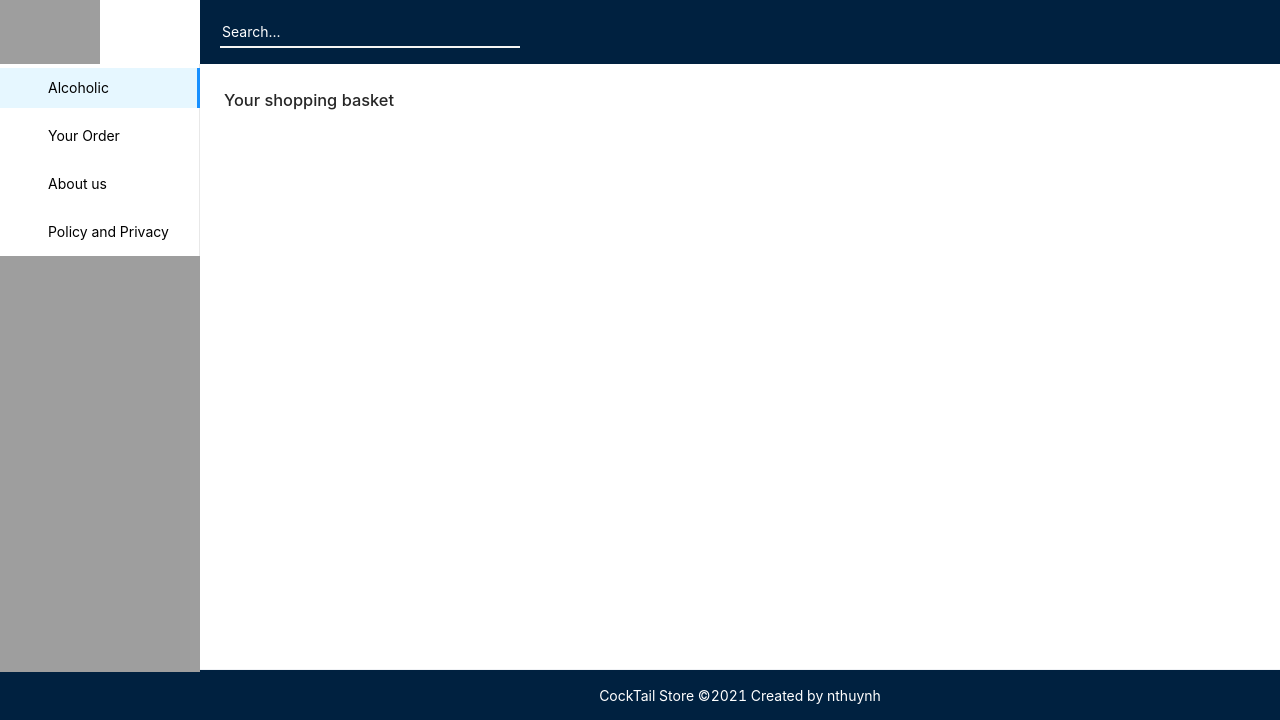
Repository: huynhnt1406/cocktail
Page: /yourorder
The author's editor kept a copy of each file at every save. The page is drawn from the files as they stood at one save, then again after the next save.
The browser window is 1280 px wide. The pictures show the whole page.
Pictures or frames that could not be fetched are drawn as grey boxes. The project was rebuilt for these pictures with package versions that can differ from the ones it lists, and the page was loaded fresh each time. Also part of the build but not shown: src/components/CockTail.vue, src/components/DetailPage.vue, src/components/AboutUs.vue, src/components/PolicyandPrivacy.vue.

Above is the page before, as saved 2021-05-08 01:06:53.

After the next save:
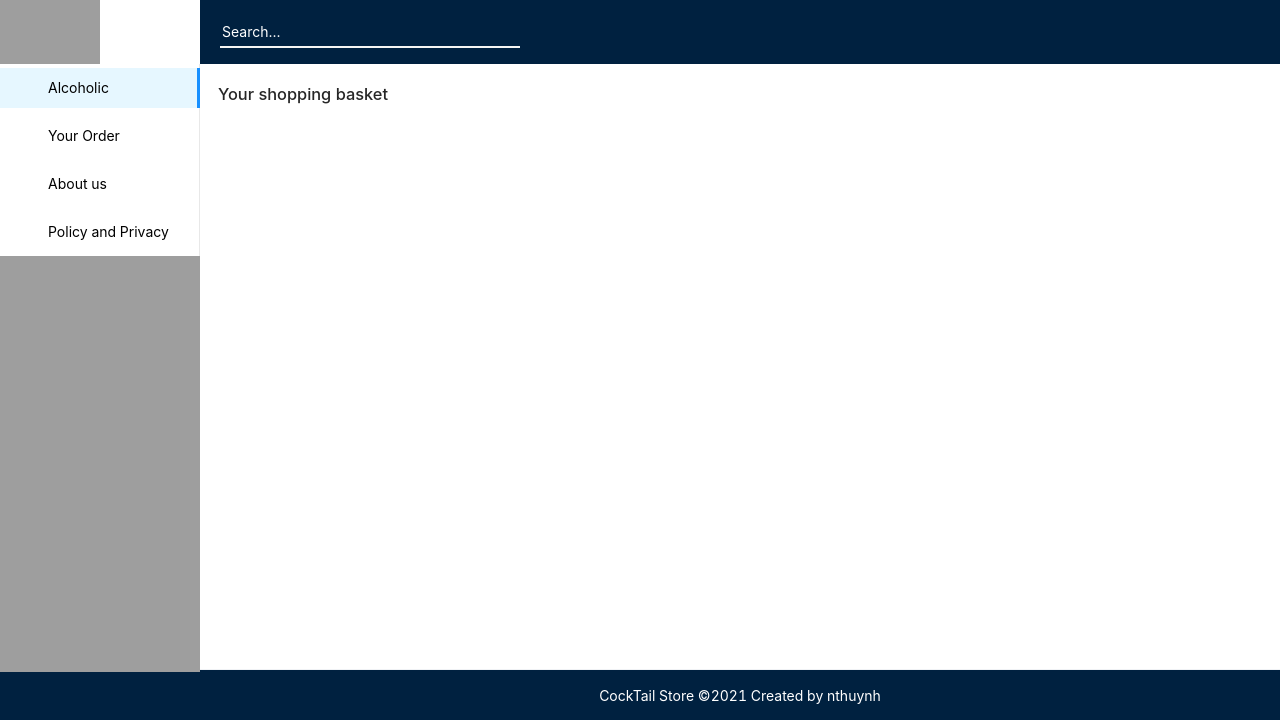
Saved 27 s later.
--- a/src/App.vue
+++ b/src/App.vue
@@ -27,7 +27,7 @@
         <SearchBar/>
       </a-layout-header>
       <a-layout-content>
-        <div class="cocktail-lists" :style="{ padding:'24px',  background: '#fff', minHeight: '360px' }">
+        <div class="cocktail-lists" :style="{ padding:'2.5vh',  background: '#fff', minHeight: '360px' }">
           <router-view/>
         </div>
       </a-layout-content>
